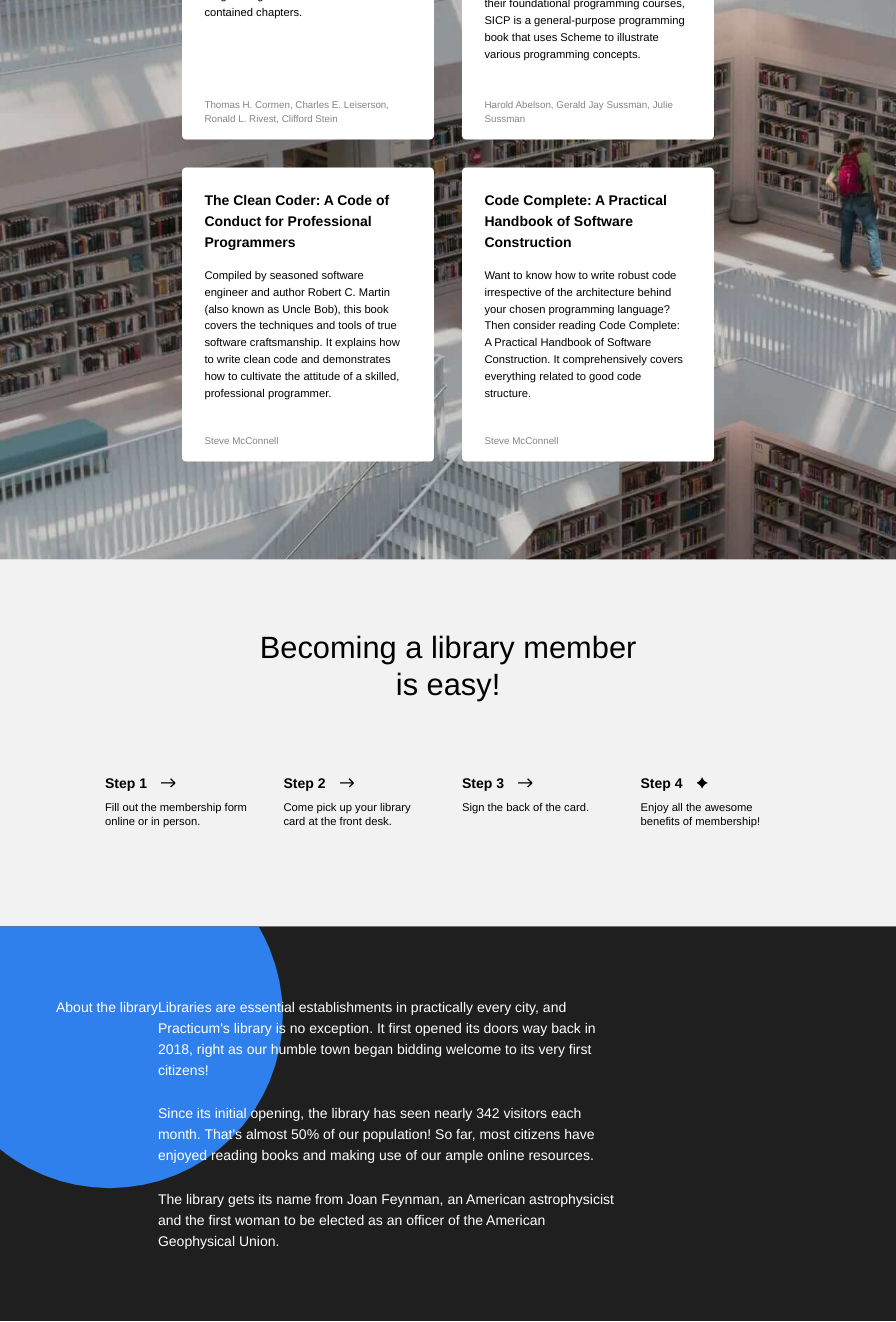
Repository: MWilliams-26/se_project_library
Page: index.html
The author's editor kept a copy of each file at every save. The page is drawn from the files as they stood at one save, then again after the next save.
The browser window is 1280 px wide. The pictures show the part of the page from y = 2038 to 3958 px (the page is 3926 px tall before and 3958 px after), at 70% of full size.

Above is the page before, as saved 2023-04-04 12:36:19.

After the next save:
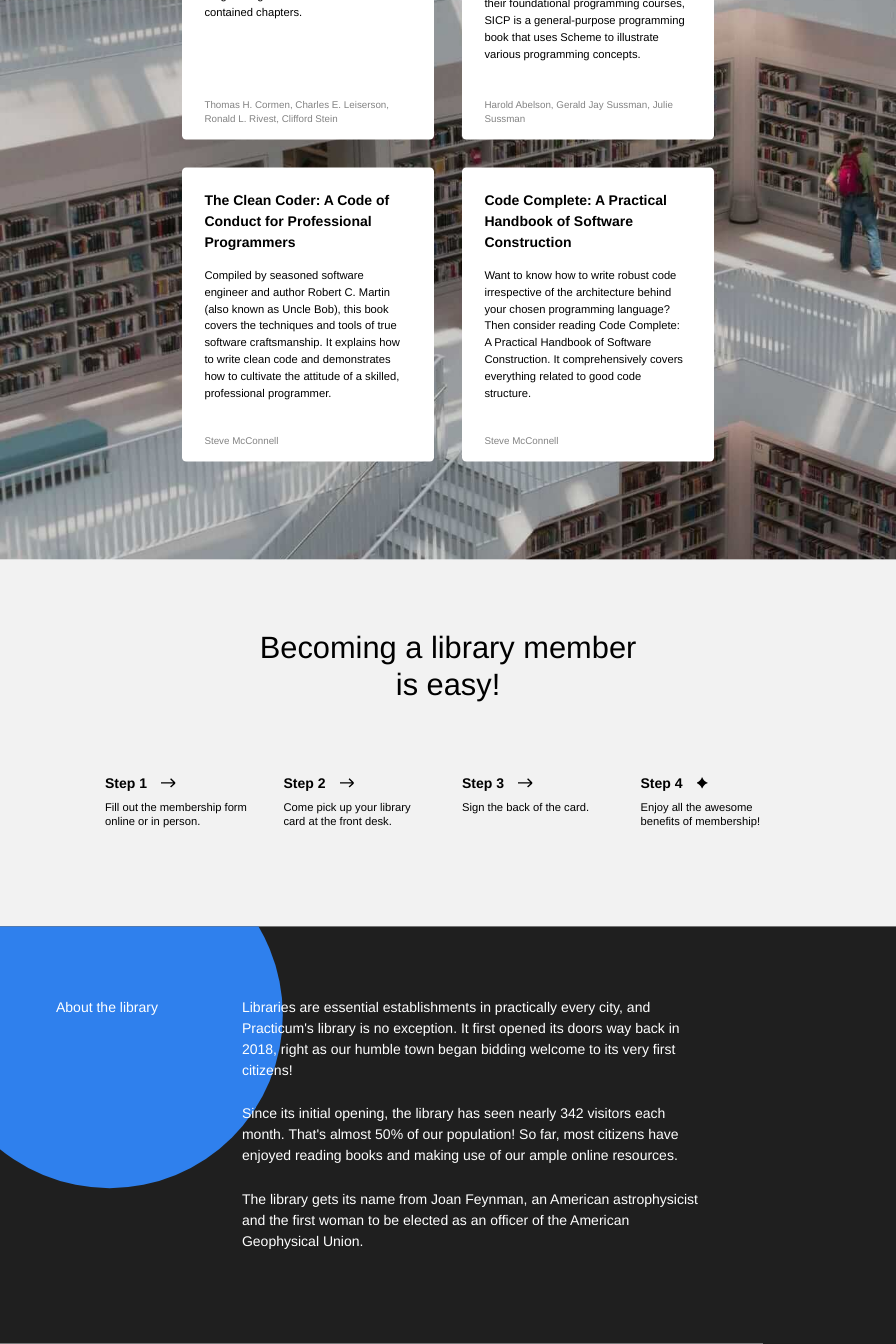
Saved 42 s later.
--- a/styles/style.css
+++ b/styles/style.css
@@ -374,15 +374,12 @@
   line-height: 30px;
   font-weight: 400;
   max-width: 660px;
-  z-index: 2;
+  z-index: 1;
+  padding-left: 120px;
 }
 
 .about__paragraph {
   margin: 0 0 32px;
-}
-
-.about__paragraph:last-child {
-  margin: 0;
 }
 
 .about__circle {
